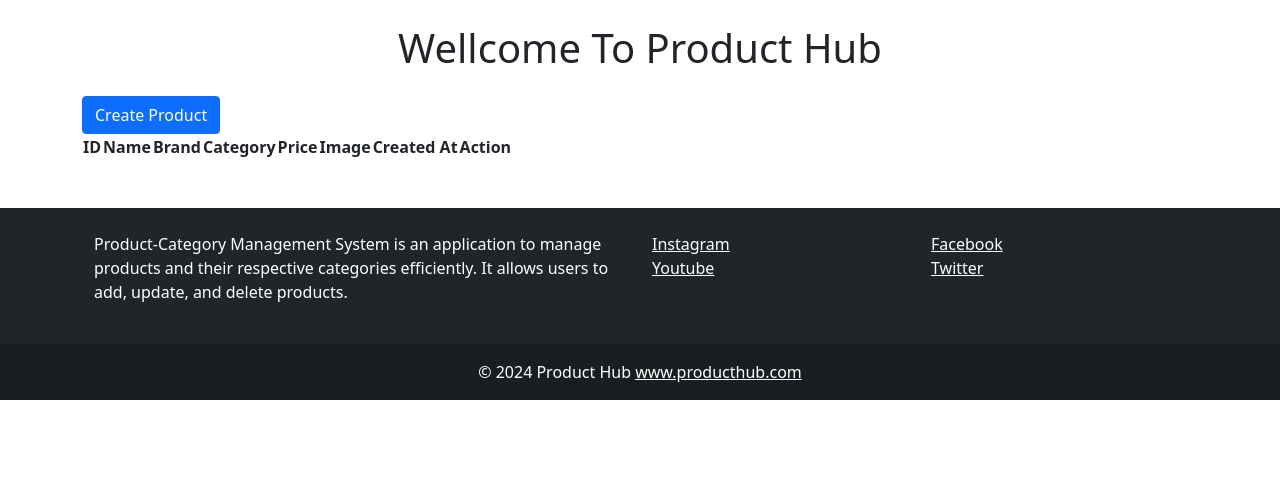
Repository: Pratik8317/Nimap_Assessment
Page: http://localhost/Product
An editor plug-in stored every save of this project. The page is shown before and after the next save, followed by the edit.
The browser window is 1280 px wide. The pictures show the whole page.
The page is this project's Thymeleaf template; nobody is signed in. The template is opened directly, without the code that normally fills it, so the values that code supplies are empty.

Above is the page before, as saved 2024-11-25 12:40:50.

### Nimap Assessment/Product_Hub/src/main/resources/templates/Product.html
<!doctype html>
<html xmlns:th="http://www.thymeleaf.org">
  <head>
    <meta charset="utf-8">
    <meta name="viewport" content="width=device-width, initial-scale=1">
    <link href="https://cdn.jsdelivr.net/npm/bootstrap@5.0.2/dist/css/bootstrap.min.css" rel="stylesheet" integrity="sha384-EVSTQN3/azprG1Anm3QDgpJLIm9Nao0Yz1ztcQTwFspd3yD65VohhpuuCOmLASjC" crossorigin="anonymous">
    <title>Product Page</title>
  </head>
  <body>

    <div class="container">
        <h1 class="text-center my-4">Wellcome To Product Hub</h1>
        <a class="btn btn-primary" th:href="@{/productsave}">Create Product</a>

        <table>
            <thead>
                <tr>
                    <th>ID</th>
                    <th>Name</th>
                    <th>Brand</th>
                    <th>Category</th>
                    <th>Price</th>
                    <th>Image</th>
                    <th>Created At</th>
                    <th>Action</th>
                </tr>
            </thead>
            <tbody>
                <tr th:each="product : ${products}">
                    <td th:text="${product.id}"></td>
                    <td th:text="${product.name}"></td>
                    <td th:text="${product.brand}"></td>
                    <td th:text="${product.category}"></td>
                    <td th:text="${product.price}"></td>
                    <td>
                        <img th:src="@{'/images/' + ${product.imageFileName}}" alt="..." width="100">
                    </td>
                    <td th:text="${product.createdAt.toString().substring(0, 10)}"></td>
                    <td style="white-space: nowrap;">
                        <a class="btn btn-primary btn-sm" th:href="@{/products/edit(id=${product.id})}">Edit</a>
                        <a class="btn btn-primary btn-sm" th:href="@{/products/delete(id=${product.id})}" onclick="return confirm('Are you sure?')">Delete</a>
                    </td>
                </tr>
            </tbody>
        </table>
    </div>
    <!-- Footer -->
    <footer class="bg-dark text-white text-center text-lg-start mt-5">
        <div class="container p-4">
            <div class="row">
                <div class="col-lg-6 col-md-12 mb-4 mb-md-0">
                    <p>
                        Product-Category Management System is an application to manage products and their respective categories efficiently. It allows users to add, update, and delete products.
                    </p>
                </div>
                <div class="col-lg-3 col-md-6 mb-4 mb-md-0">
                    <ul class="list-unstyled mb-0">
                        <li><a href="#" class="text-white">Instagram</a></li>
                        <li><a href="#" class="text-white">Youtube</a></li>
                    </ul>
                </div>
                <div class="col-lg-3 col-md-6 mb-4 mb-md-0">
                    <ul class="list-unstyled mb-0">
                        <li><a href="#" class="text-white">Facebook</a></li>
                        <li><a href="#" class="text-white">Twitter</a></li>
                    </ul>
                </div>
            </div>
        </div>
        <div class="text-center p-3" style="background-color: rgba(0, 0, 0, 0.2);">
            © 2024 Product Hub
            <a class="text-white" href="https://yourwebsite.com/">www.producthub.com</a>
        </div>
    </footer>
    <script src="https://cdn.jsdelivr.net/npm/bootstrap@5.0.2/dist/js/bootstrap.bundle.min.js" integrity="sha384-MrcW6ZMFYlzcLA8Nl+NtUVF0sA7MsXsP1UyJoMp4YLEuNSfAP+JcXn/tWtIaxVXM" crossorigin="anonymous"></script>
  </body>
</html>

After the next save:
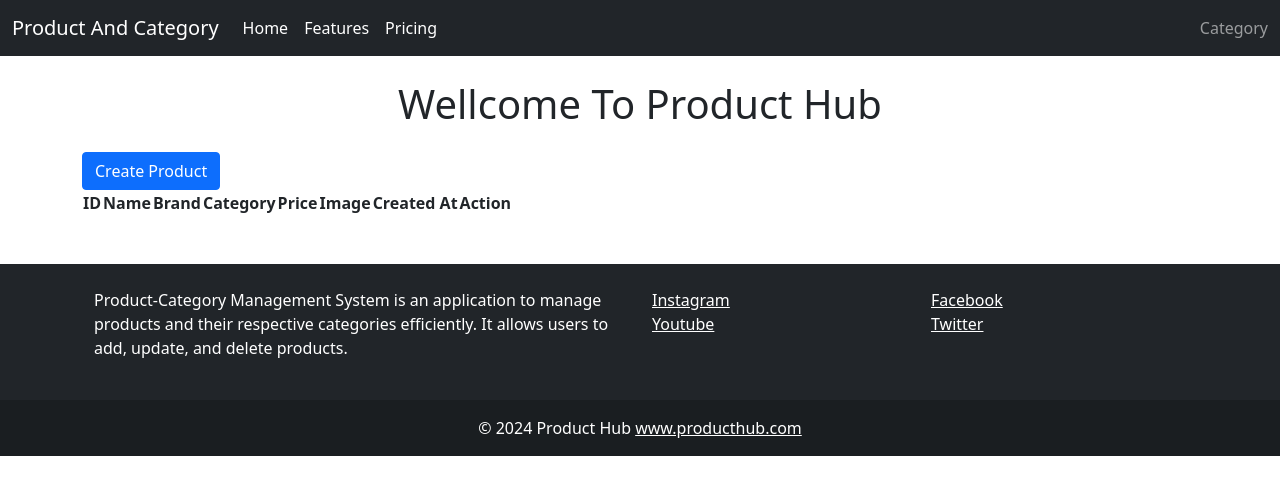
Saved 24 s later.
--- a/Nimap Assessment/Product_Hub/src/main/resources/templates/Product.html
+++ b/Nimap Assessment/Product_Hub/src/main/resources/templates/Product.html
@@ -7,7 +7,31 @@
     <title>Product Page</title>
   </head>
   <body>
-
+     <!--Nav Bar-->
+	<nav class="navbar navbar-expand-lg navbar navbar-dark bg-dark">
+        <div class="container-fluid">
+          <a class="navbar-brand" href="#">Product And Category</a>
+          <button class="navbar-toggler" type="button" data-bs-toggle="collapse" data-bs-target="#navbarText" aria-controls="navbarText" aria-expanded="false" aria-label="Toggle navigation">
+            <span class="navbar-toggler-icon"></span>
+          </button>
+          <div class="collapse navbar-collapse" id="navbarText">
+            <ul class="navbar-nav me-auto mb-2 mb-lg-0">
+              <li class="nav-item">
+                <a class="nav-link active" aria-current="page" href="#">Home</a>
+              </li>
+              <li class="nav-item">
+                <a class="nav-link active" href="#">Features</a>
+              </li>
+              <li class="nav-item">
+                <a class="nav-link active" href="#">Pricing</a>
+              </li>
+            </ul>
+            <span class="navbar-text active">
+                Category
+            </span>
+          </div>
+        </div>
+      </nav>
     <div class="container">
         <h1 class="text-center my-4">Wellcome To Product Hub</h1>
         <a class="btn btn-primary" th:href="@{/productsave}">Create Product</a>
